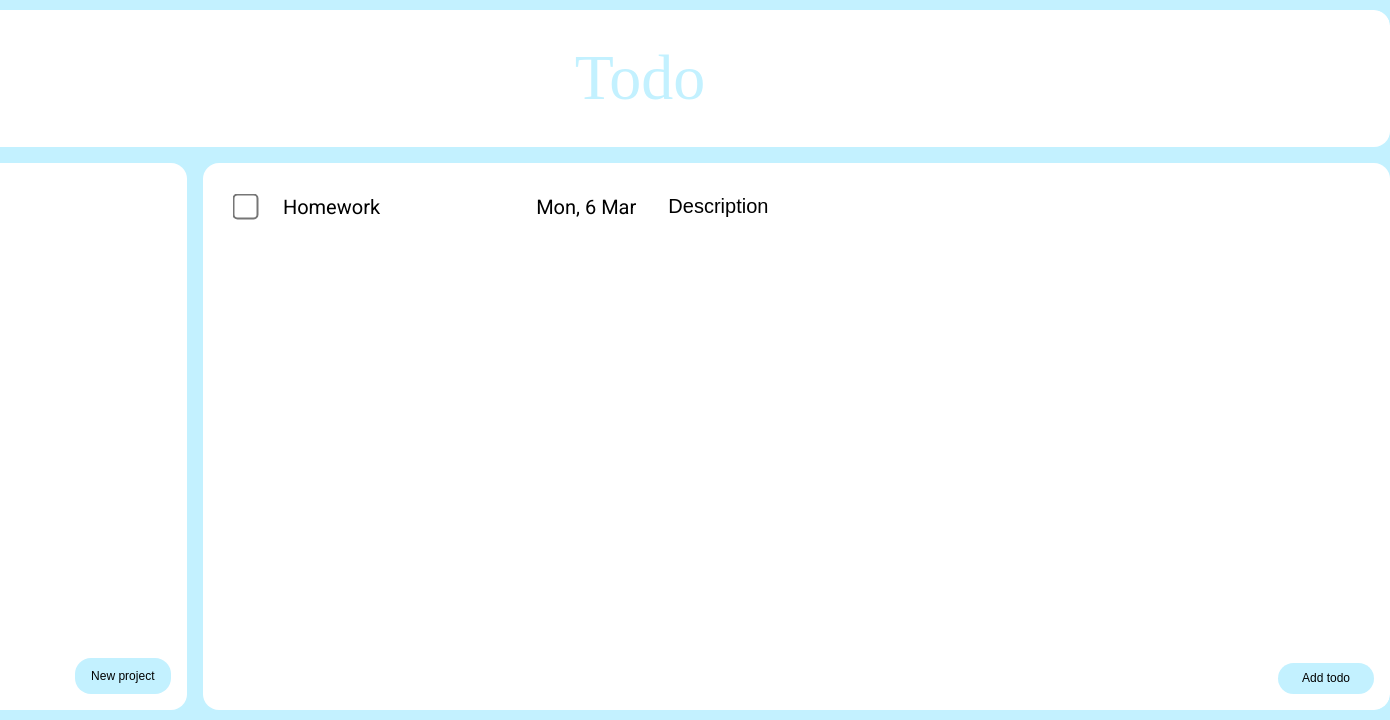
Repository: yeetzpxoci/todo-list
Page: dist/index.html
The author's editor kept a copy of each file at every save. The page is drawn from the files as they stood at one save, then again after the next save.
The browser window is 1280 px wide. The page is 1390 px wide, so the pictures cover 1390 px, including what lies to the right of the window. The pictures show the whole page.
Some web fonts or font styles are not loaded; a fallback is used.

Above is the page before, as saved 2023-03-07 20:35:36.
Console error: ReferenceError: projectNameSubmit is not defined

After the next save:
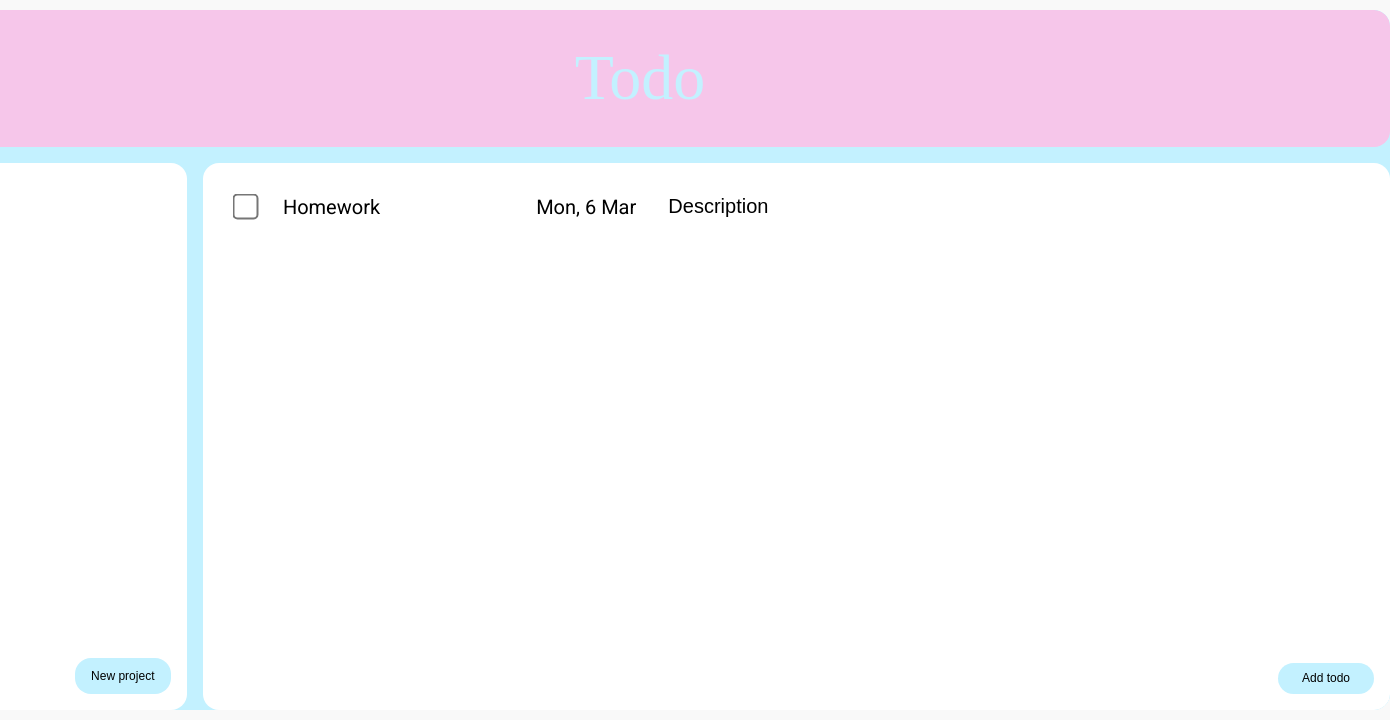
Saved 4 min 23 s later.
--- a/dist/styles.css
+++ b/dist/styles.css
@@ -10,7 +10,7 @@ body {
     justify-content: center;
     align-items: center;
     font-family: 'Roboto';
-    background-color: #c3f1ff;
+    background-color: #F9F9F9;
 }
 
 p {
@@ -35,7 +35,7 @@ p {
     display: flex;
     justify-content: center;
     align-items: center;
-    background-color: white;
+    background-color: #F6C6EA;
     font-size: 64px;
     font-family: 'Tilt Warp', cursive;
     grid-column: 1 / 3;
